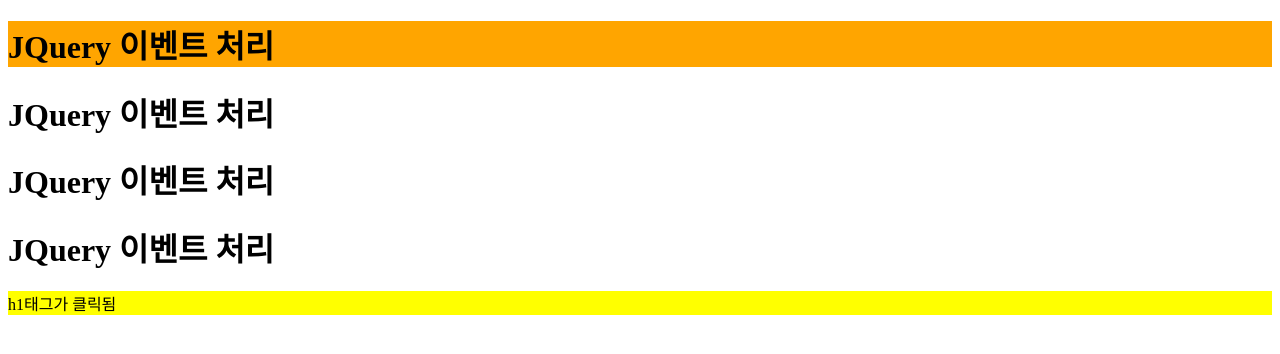
Repository: KangSuA/JSP
Page: webApp/src/main/webapp/jquery/jq09_event.html
The author's editor kept a copy of each file at every save. The page is drawn from the files as they stood at one save, then again after the next save.
The browser window is 1280 px wide. The pictures show the whole page.
After loading, the first visible `h1` was clicked once.

Above is the page before, as saved 2023-02-15 01:32:09.

### webApp/src/main/webapp/jquery/jq09_event.html
<!DOCTYPE html>
<html>
<head>
<meta charset="UTF-8">
<title>Insert title here</title>
<script src="https://cdnjs.cloudflare.com/ajax/libs/jquery/3.6.3/jquery.min.js" ></script>
<style>
	.backColor{background-color:orange;}
</style>
<script>
	$(function(){
		//이벤트 처리 방법 1 ----------------------
		//click

		$('h1').click(function(){
			$('div').append('h1태그가 클릭됨<br/>');

			//this:이벤트가 발생한 h1태그
			//$(this).css('background-color','orange');
			$(this).toggleClass('backColor');
		});
	});
</script>
</head>
<body>
	<h1>JQuery 이벤트 처리</h1>
	<h1 id='h'>JQuery 이벤트 처리</h1>
	<h1>JQuery 이벤트 처리</h1>
	<h1>JQuery 이벤트 처리</h1>
	<div style="background-color:yellow"></div>
</body>
</html>

After the next save:
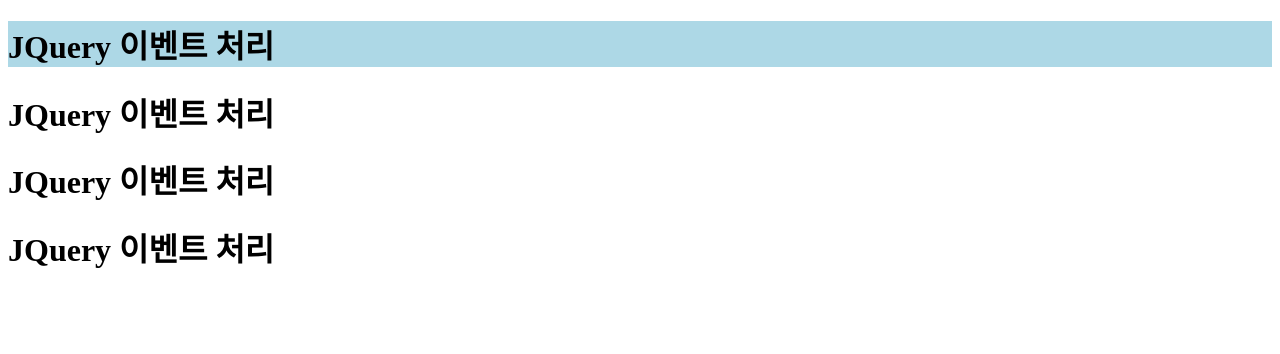
Saved 49 min 17 s later.
--- a/webApp/src/main/webapp/jquery/jq09_event.html
+++ b/webApp/src/main/webapp/jquery/jq09_event.html
@@ -11,14 +11,20 @@
 	$(function(){
 		//이벤트 처리 방법 1 ----------------------
 		//click
-
+		/*
 		$('h1').click(function(){
 			$('div').append('h1태그가 클릭됨<br/>');
 
 			//this:이벤트가 발생한 h1태그
 			//$(this).css('background-color','orange');
 			$(this).toggleClass('backColor');
+		});*/
+
+		//이벤트 처리 방법 2 ----------------------
+		$('h1').on('click',function(){
+			$(this).css('background-color','lightblue');
 		});
+
 	});
 </script>
 </head>
